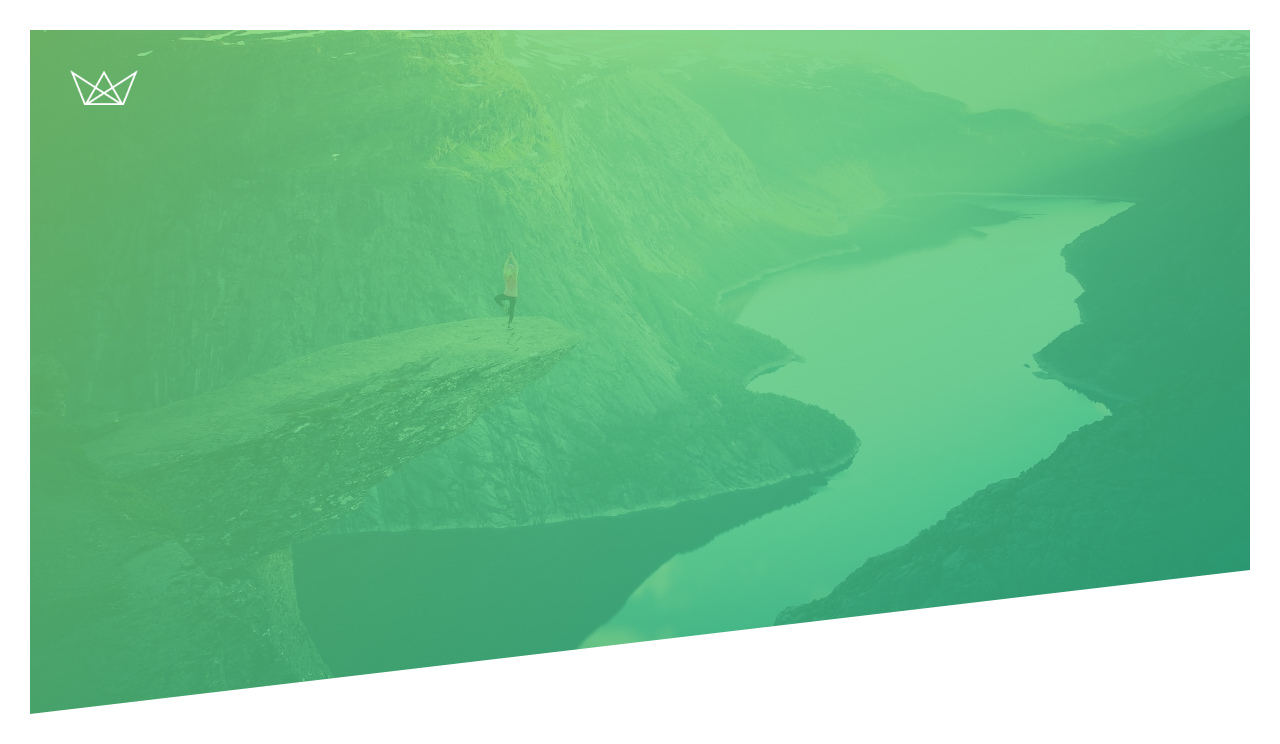
Repository: kamilluc/advanced-css-course
Page: Natours/my-implementation/index.html
An editor plug-in stored every save of this project. The page is shown before and after the next save, followed by the edit.
The browser window is 1280 px wide. The pictures show the whole page.

Above is the page before, as saved 2019-05-24 21:13:50.

### Natours/my-implementation/index.html
<!DOCTYPE html>
<html lang="en">
  <head>
    <meta charset="UTF-8" />
    <meta name="viewport" content="width=device-width, initial-scale=1.0" />

    <link
      href="https://fonts.googleapis.com/css?family=Lato:100,300,400,700,900"
      rel="stylesheet"
    />

    <link rel="stylesheet" href="css/icon-font.css" />
    <link rel="stylesheet" href="css/style.css" />
    <link rel="shortcut icon" type="image/png" href="img/favicon.png" />

    <title>Natours | Exciting tours for adventurous people</title>
  </head>
  <body>
    <!-- HEADER -->
    <header class="header">
      <div class="logo-box">
        <img src="img/logo-white.png" alt="logo" class="logo" />
      </div>
    </header>
  </body>
</html>

### Natours/my-implementation/css/style.css
/*
COLORS:

Light green: #7ed56f
Medium green: #55c57a
Dark green: #28b485

*/

/* BASIC RESET, NORMALIZE COULD BE USED BUT NOT REALLY NEEDED */
*,
::before,
::after {
  margin: 0;
  padding: 0;
  box-sizing: border-box;
}

/* FONTS SETTING HERE, NOT IN * CUZ THEY ARE INHERITED */
body {
  font-family: "Lato", sans-serif;
  font-weight: 400;
  font-size: 16px;
  line-height: 1.7;
  color: #777;
  padding: 30px;
}

.header {
  height: 95vh;
  background-image: linear-gradient(
      to right bottom,
      rgba(126, 213, 111, 0.8),
      rgba(40, 180, 131, 0.8)
    ),
    url("../img/hero.jpg");
  background-size: cover;
  background-position: top;
  clip-path: polygon(0 0, 100% 0, 100% 75vh, 0 100%);
  /* AA 4CHROME */
  -webkit-backface-visibility: hidden;
  position: relative;
}

.logo-box {
  position: absolute;
  top: 40px;
  left: 40px;
}

.logo {
  height: 35px;
}

Loaded but not shown: Natours/my-implementation/css/icon-font.css (no copy from this time; the picture is the same without it)

After the next save:
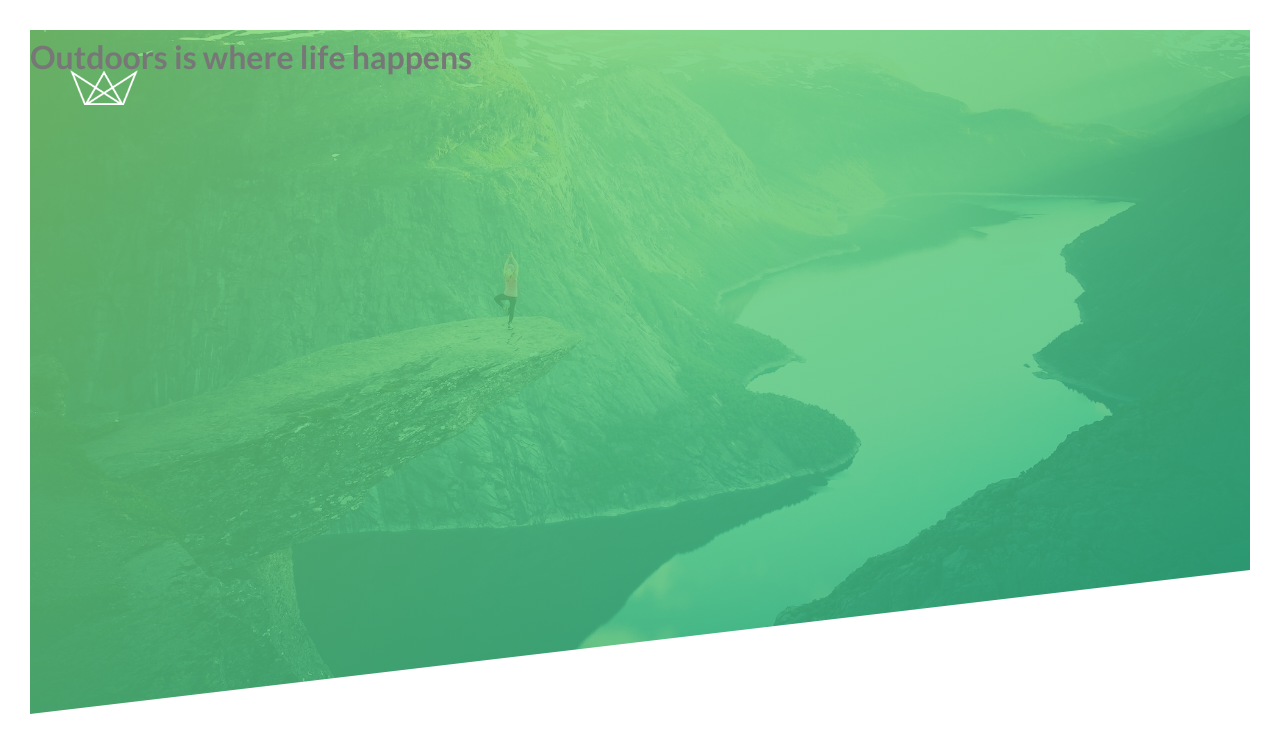
Saved 2 min 17 s later.
--- a/Natours/my-implementation/index.html
+++ b/Natours/my-implementation/index.html
@@ -21,6 +21,10 @@
       <div class="logo-box">
         <img src="img/logo-white.png" alt="logo" class="logo" />
       </div>
+      <h1 class="heading-primary">
+        <span class="heading-primary-main">Outdoors</span>
+        <span class="heading-primary-sub">is where life happens</span>
+      </h1>
     </header>
   </body>
 </html>
